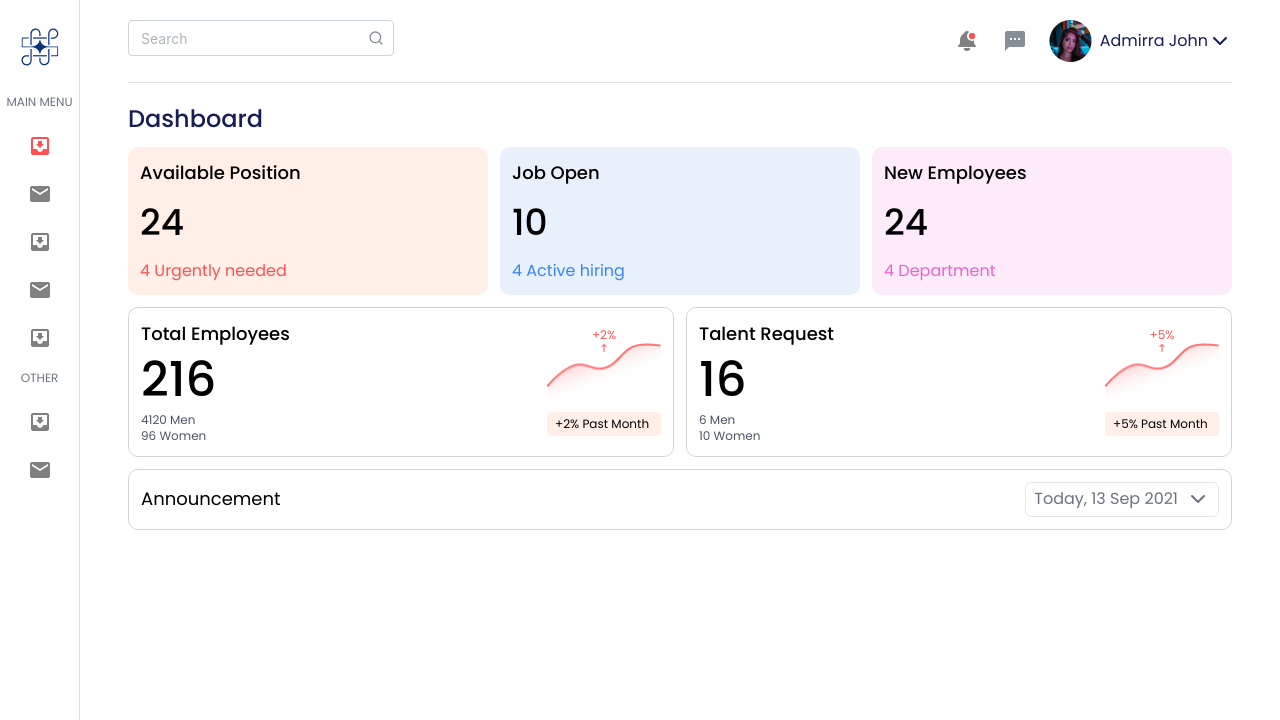
Repository: SatyaDewangan05/sample-dashboard
Page: /
An editor plug-in stored every save of this project. The page is shown before and after the next save, followed by the edit.
The browser window is 1280 px wide. The pictures show the whole page.
The project was rebuilt for these pictures with package versions that can differ from the ones it lists, and the page was loaded fresh each time. The framework's server and built-in components were replaced by stand-ins that run in the browser. Also part of the build but not shown: next.config.mjs.

Above is the page before, as saved 2024-09-22 00:45:35.

After the next save:
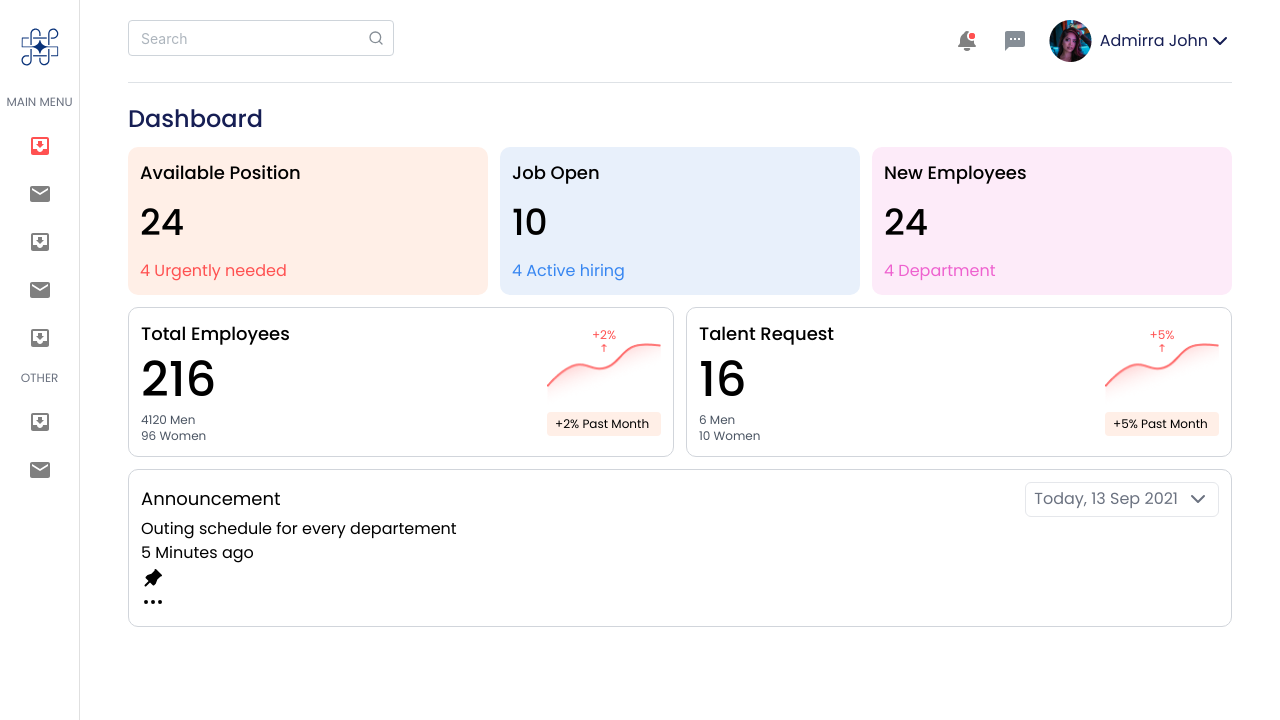
Saved 2 min 24 s later.
--- a/src/app/page.jsx
+++ b/src/app/page.jsx
@@ -14,6 +14,8 @@ import {
   IconBellFilled,
   IconChevronCompactDown,
   IconChevronDown,
+  IconDots,
+  IconPinFilled,
 } from "@tabler/icons-react";
 import TextsmsIcon from "@mui/icons-material/Textsms";
 import DP from "@/images/dp.png";
@@ -114,6 +116,16 @@ export default function Home() {
                   <IconChevronDown />
                 </div>
               </div>
+              <div>
+                <div>
+                  <p>Outing schedule for every departement</p>
+                  <p>5 Minutes ago</p>
+                </div>
+                <div>
+                  <IconPinFilled />
+                  <IconDots />
+                </div>
+              </div>
             </div>
           </div>
         </div>
